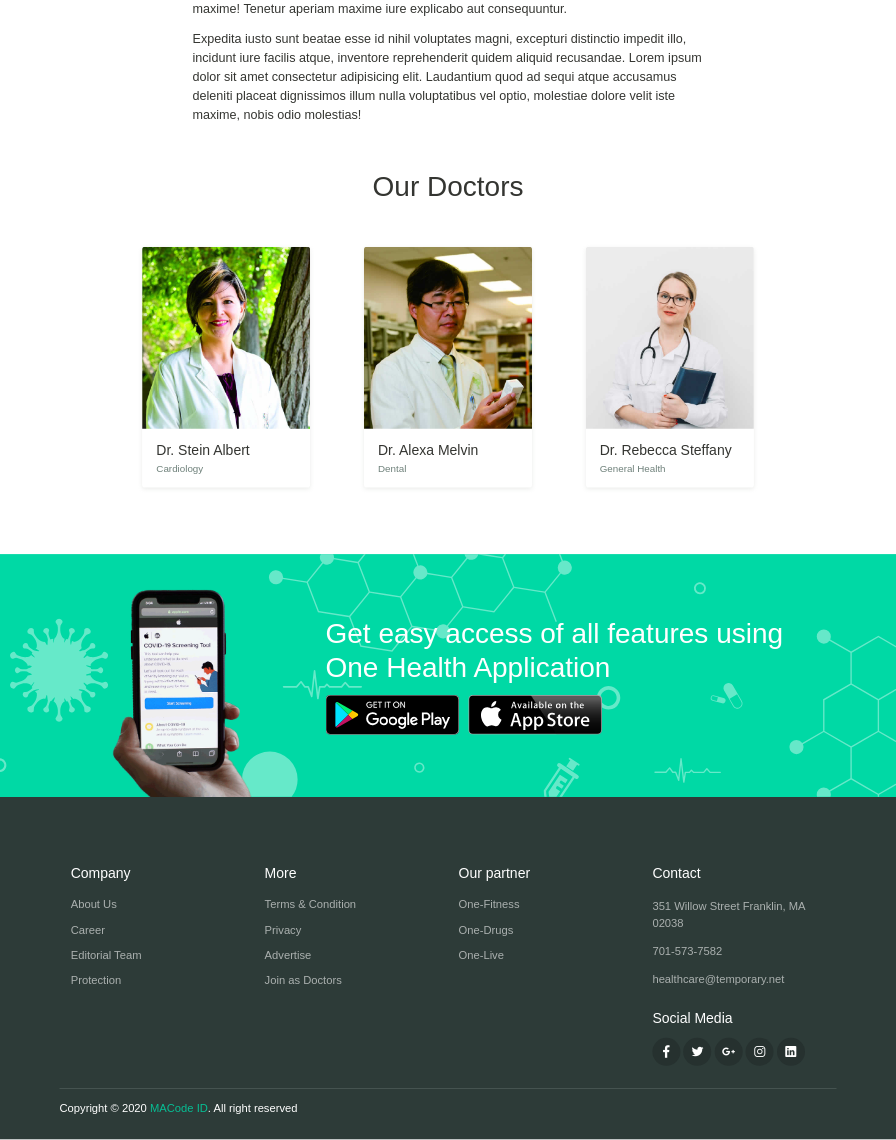
Repository: profbkmurage/myWeb
Page: html/about.html
The author's editor kept a copy of each file at every save. The page is drawn from the files as they stood at one save, then again after the next save.
The browser window is 1280 px wide. The pictures show the part of the page from y = 1841 to 3761 px (the page is 3469 px tall before and 3987 px after), at 70% of full size.

Above is the page before, as saved 2023-12-10 16:20:39.

After the next save:
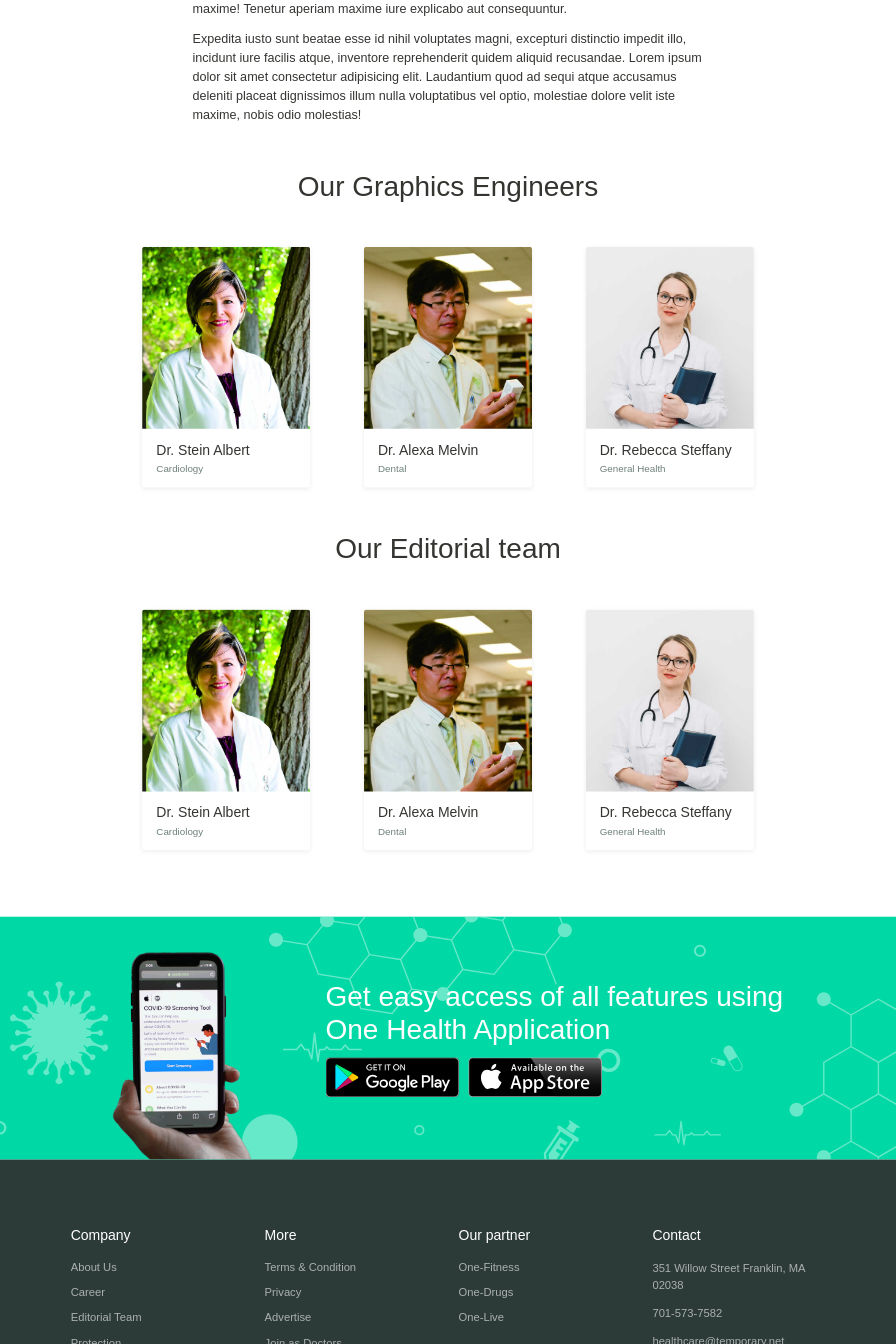
Saved 86 s later.
--- a/html/about.html
+++ b/html/about.html
@@ -166,7 +166,58 @@
           </div>
         </div>
         <div class="col-lg-10 mt-5">
-          <h1 class="text-center mb-5 wow fadeInUp">Our Doctors</h1>
+          <h1 class="text-center mb-5 wow fadeInUp">Our Graphics Engineers</h1>
+          <div class="row justify-content-center">
+            <div class="col-md-6 col-lg-4 wow zoomIn">
+              <div class="card-doctor">
+                <div class="header">
+                  <img src="../assets/img/doctors/doctor_1.jpg" alt="">
+                  <div class="meta">
+                    <a href="#"><span class="mai-call"></span></a>
+                    <a href="#"><span class="mai-logo-whatsapp"></span></a>
+                  </div>
+                </div>
+                <div class="body">
+                  <p class="text-xl mb-0">Dr. Stein Albert</p>
+                  <span class="text-sm text-grey">Cardiology</span>
+                </div>
+              </div>
+            </div>
+            <div class="col-md-6 col-lg-4 wow zoomIn">
+              <div class="card-doctor">
+                <div class="header">
+                  <img src="../assets/img/doctors/doctor_2.jpg" alt="">
+                  <div class="meta">
+                    <a href="#"><span class="mai-call"></span></a>
+                    <a href="#"><span class="mai-logo-whatsapp"></span></a>
+                  </div>
+                </div>
+                <div class="body">
+                  <p class="text-xl mb-0">Dr. Alexa Melvin</p>
+                  <span class="text-sm text-grey">Dental</span>
+                </div>
+              </div>
+            </div>
+            <div class="col-md-6 col-lg-4 wow zoomIn">
+              <div class="card-doctor">
+                <div class="header">
+                  <img src="../assets/img/doctors/doctor_3.jpg" alt="">
+                  <div class="meta">
+                    <a href="#"><span class="mai-call"></span></a>
+                    <a href="#"><span class="mai-logo-whatsapp"></span></a>
+                  </div>
+                </div>
+                <div class="body">
+                  <p class="text-xl mb-0">Dr. Rebecca Steffany</p>
+                  <span class="text-sm text-grey">General Health</span>
+                </div>
+              </div>
+            </div>
+
+          </div>
+        </div>
+        <div class="col-lg-10 mt-5">
+          <h1 class="text-center mb-5 wow fadeInUp">Our Editorial team</h1>
           <div class="row justify-content-center">
             <div class="col-md-6 col-lg-4 wow zoomIn">
               <div class="card-doctor">
